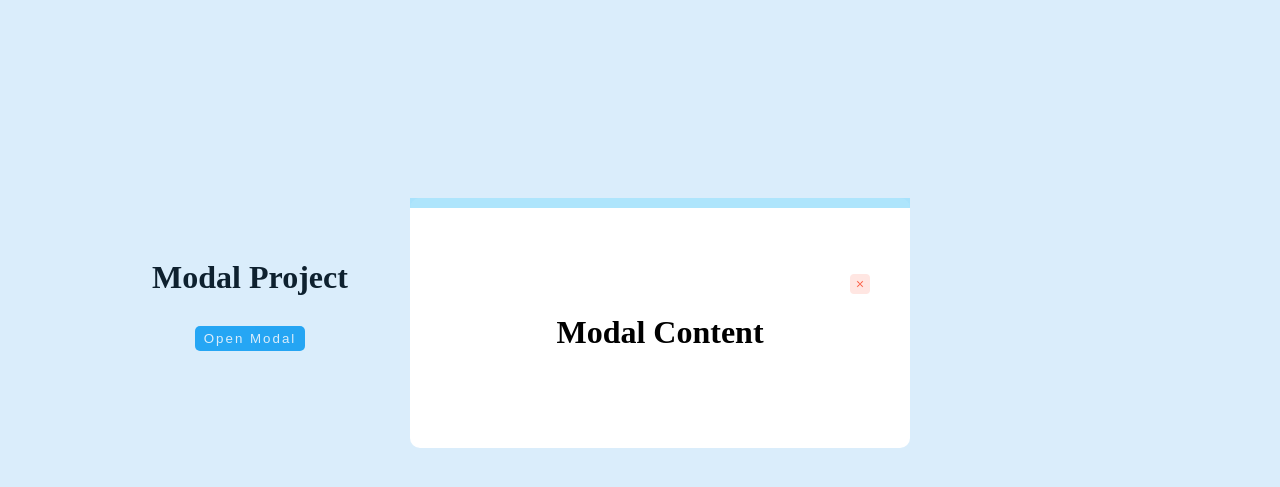
Repository: Trapti10/20-js-practice-projects-in-7-days-challenge
Page: Project_4_Modal_Project/index.html
The author's editor kept a copy of each file at every save. The page is drawn from the files as they stood at one save, then again after the next save.
The browser window is 1280 px wide. The pictures show the whole page.

Above is the page before, as saved 2025-11-24 14:06:25.

After the next save:
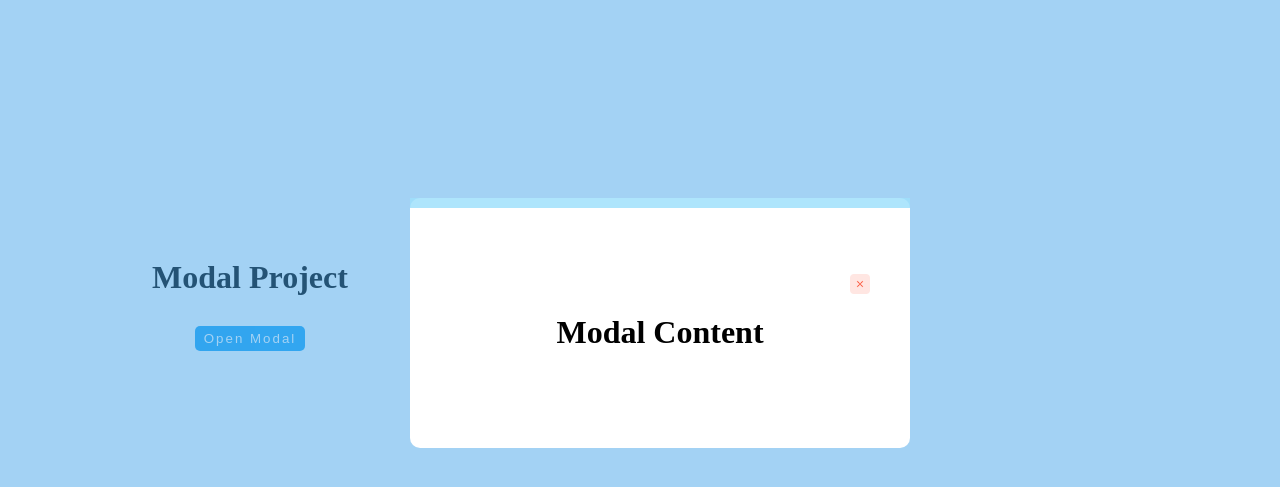
Saved 5 s later.
--- a/Project_4_Modal_Project/style.css
+++ b/Project_4_Modal_Project/style.css
@@ -52,7 +52,7 @@ button:hover{
 }
 
 .modal-overlay{
-    background: rgba(73, 166, 233, 0.2);
+    background: rgba(73, 166, 233, 0.5);
     position: fixed;
     top: 0;
     left: 0;
